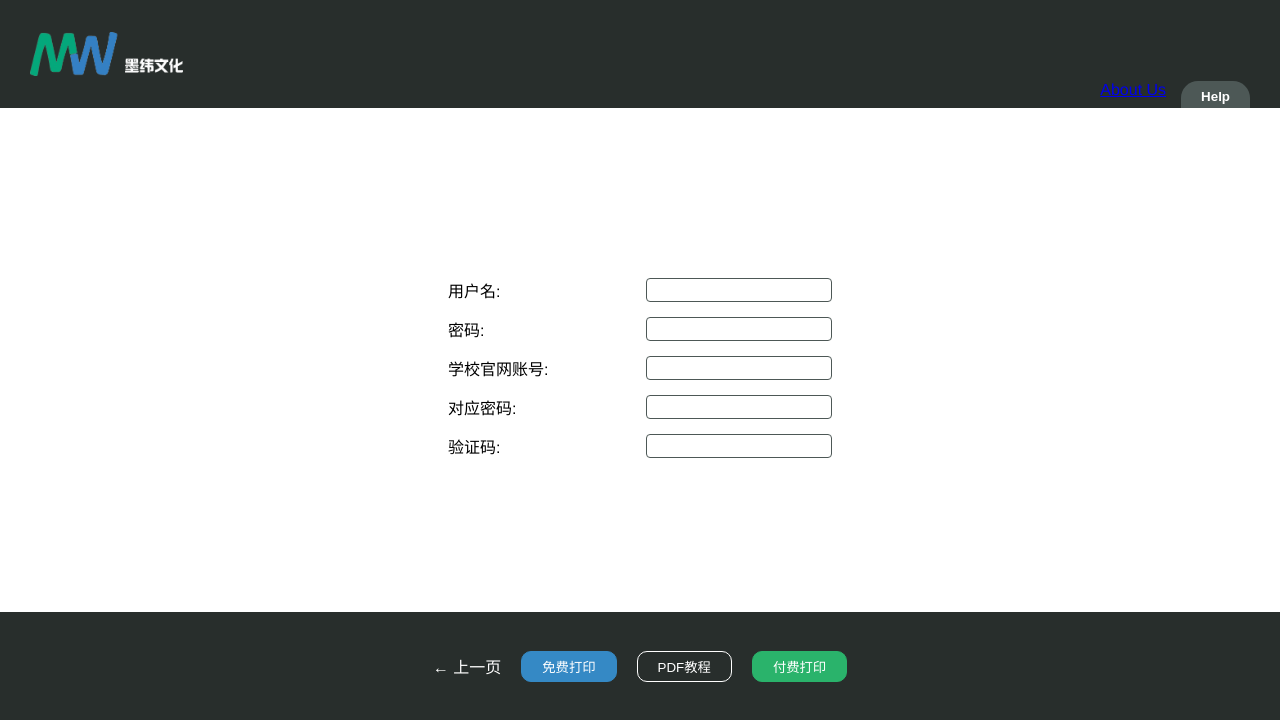
Repository: sucksucksucksuck/mw
Page: /#/register
These files come from the project's save history. The page is drawn as it stood at one moment and after the next save; the edit follows.
The browser window is 1280 px wide. The pictures show the whole page.
The project was rebuilt for these pictures with package versions that can differ from the ones it lists, and the page was loaded fresh each time. Also part of the build but not shown: webpack.config.js, src/components/HelloWorld.vue, src/components/Suck.vue.

Above is the page before, as saved 2018-04-13 17:29:12.

### index.html
<!DOCTYPE html>
<html>
  <head>
    <meta charset="utf-8">
    <meta name="viewport" content="width=device-width,initial-scale=1.0">
    <title>mw文化</title>
  </head>
  <body>
    <div id="app">

    </div>
  </body>
</html>

### src/App.vue
<template>
  <div id="app">
    <header>
      <img src="./assets/images/logo.png" alt="">
      <div class="btn">
        <router-link to="Suck">About Us</router-link>
        <button type="button">Help</button>
      </div>
    </header>
    <div class="wrap">
      <router-view/>
    </div>
    <footer>
      <div @click='back'>
        ← 上一页
      </div>
      <button type="button" class="free">
        免费打印
      </button>
      <button type="button" class="pdf">
        PDF教程
      </button>
      <button type="button" class="pay">
        付费打印
      </button>
    </footer>
  </div>
</template>

<script>
  export default {
    name: 'App',
    methods: {
      back: function () {
        this.$router.go(-1)
      }
    }
  }

</script>

<style>
  #app {
    font-family: 'Avenir', Helvetica, Arial, sans-serif;
    -webkit-font-smoothing: antialiased;
    -moz-osx-font-smoothing: grayscale;
    text-align: center;
    color: #fff;
    background-color: #282E2C;
    height: 100%;
    display: flex;
    flex-direction: column;
    flex: 1;
    width: 100%;
    overflow: hidden;
    position: absolute;
    top: 0;
    left: 0;
  }

  header {
    background: #282E2C;
    height: 15%;
    justify-content: space-between;
    align-items: center;
    display: flex;
  }

  header .btn {
    margin-right: 30px;
    display: flex;
    flex-direction: row;
    justify-content: space-between;
    align-self: flex-end;
  }

  header .btn button {
    margin-left: 15px;
    border: none;
    background: rgba(225, 255, 255, 0.2);
    color: #fff;
    border-top-left-radius: 17px;
    border-top-right-radius: 17px;
    padding: 8px 20px 4px 20px;
    cursor: pointer;
    outline: none;
    font-weight: 600;
  }

  .wrap {
    flex: 1;
    display: flex;
    background: #fff;
  }

  header img {
    height: 40%;
    margin-left: 30px;
  }

  * {
    margin: 0;
  }

  footer {
    background: #282E2C;
    height: 15%;
    justify-content: center;
    display: flex;
    align-items: center
  }

  footer div {
    cursor: pointer;
  }

  footer div:hover {
    color: #3580C4;
  }

  .free {
    margin-left: 20px;
    border: 1px solid #3589C5;
    background: #3589C5;
    color: #fff;
    border-radius: 10px;
    padding: 5px 20px;
    cursor: pointer;
    outline: none;
  }

  .pdf {
    margin-left: 20px;
    border: 1px solid #fff;
    box-sizing: content-box;
    background: transparent;
    color: #fff;
    border-radius: 10px;
    padding: 5px 20px;
    cursor: pointer;
    outline: none;
  }

  .pay {
    margin-left: 20px;
    border: 1px solid #2AB36B;
    background: #2AB36B;
    color: #fff;
    border-radius: 10px;
    padding: 5px 20px;
    cursor: pointer;
    outline: none;
  }

</style>

### src/router/index.js
import Vue from 'vue'
import Router from 'vue-router'
import HelloWorld from '@/components/HelloWorld'
import Suck from '@/components/Suck'
import Register from '@/components/Register'
Vue.use(Router)

export default new Router({
  routes: [
    {
      path: '/',
      name: 'HelloWorld',
      component: HelloWorld
    },
    {
      path: '/suck',
      name: 'Suck',
      component: Suck
    },
    {
      path: '/register',
      name: 'Register',
      component: Register
    }
  ]
})

### src/components/Register.vue
<template>
  <!-- <div class="hello">
      <h1>{{ msg }}23234</h1>
    </div> -->
  <div class="register">
    <div class="item">
      <div>用户名:</div>
      <input type="text" name="name">
    </div>
    <div class="item">
      <div>密码:</div>
      <input type="text" name="name">
    </div>
    <div class="item">
      <div>学校官网账号:</div>
      <input type="text" name="name">
    </div>
    <div class="item">
      <div>对应密码:</div>
      <input type="text" name="name">
    </div>
    <div class="item">
      <div>验证码:</div>
      <input type="text" name="name">
    </div>
  </div>
</template>

<script>
  export default {
    name: 'Register'
  }

</script>

<!-- Add "scoped" attribute to limit CSS to this component only -->
<style scoped>
  .register {
    color: #000;
    display: flex;
    align-items: center;
    justify-content: center;
    flex: 1;
    flex-direction: column;
  }

  .item {
    display: flex;
    flex-direction: row;
    justify-content: space-between;
    width: 30%;
    margin-top: 15px;
  }

  .item div {
    align-self: flex-end;
  }

  input {
    align-self: flex-end;
    outline: none;
    border-radius: 4px;
    border: 1px solid #4D5856;
    padding-left: 5px;
    line-height: 20px;
    height: 20px;
  }

</style>

Loaded but not shown: src/main.js (common file)

After the next save:
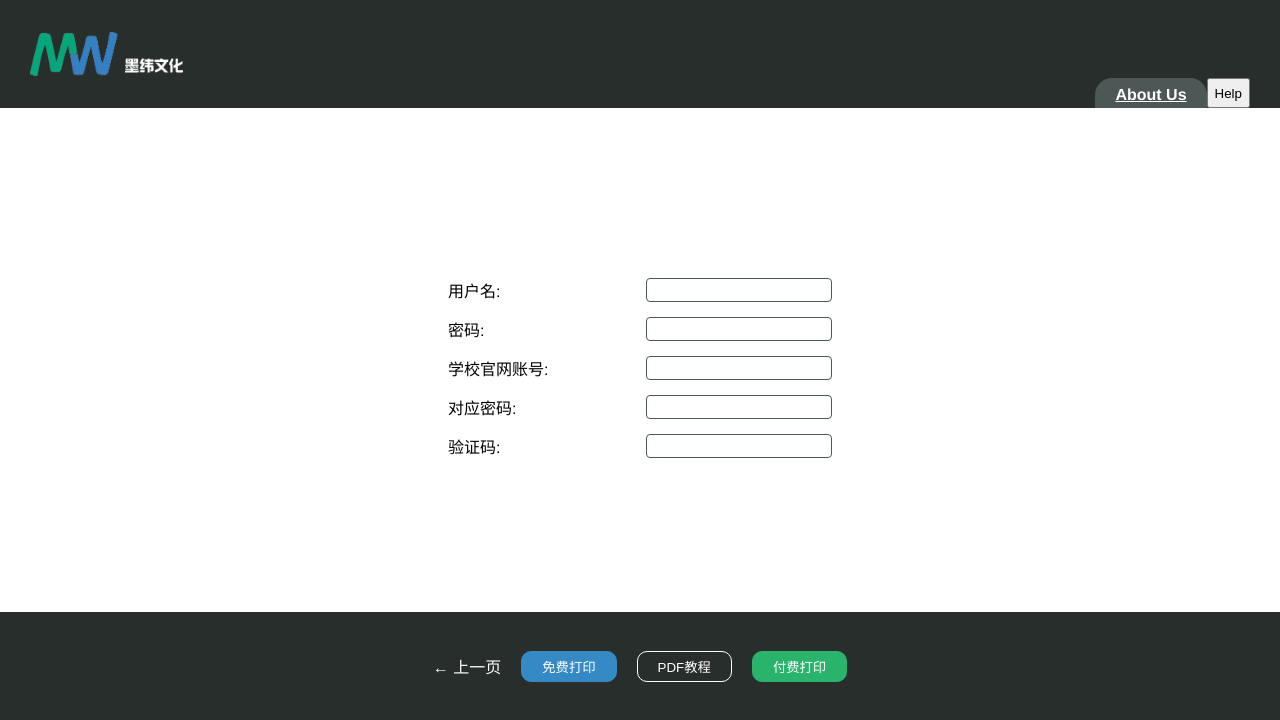
Saved 64 s later.
--- a/src/App.vue
+++ b/src/App.vue
@@ -74,7 +74,7 @@
     align-self: flex-end;
   }
 
-  header .btn button {
+  header .btn a {
     margin-left: 15px;
     border: none;
     background: rgba(225, 255, 255, 0.2);
